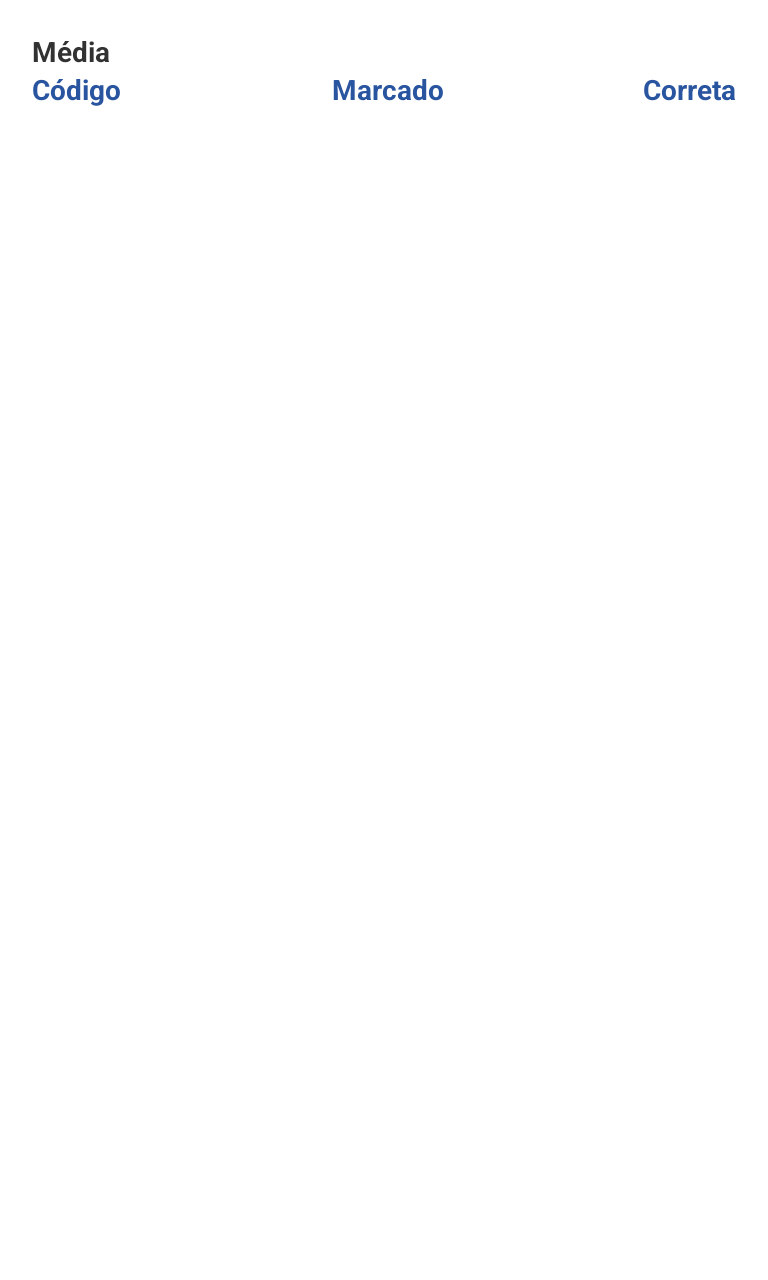
Repository: lmqs/ProjetoDisciplinaTopicos
Layout: TopicosProjetoAndroid/res/layout/activity_resultado_prova.xml
The author's editor kept a copy of each file at every save. The layout is drawn from the files as they stood at one save, then again after a run of saves.
It is drawn on a 768 x 1280 px phone screen (xhdpi) without system bars, with theme AppTheme; the app's code is not run. Lists and similar views that code fills are empty.

Above is the layout before, as saved 2014-05-04 03:33:51.

After the next 2 saves:
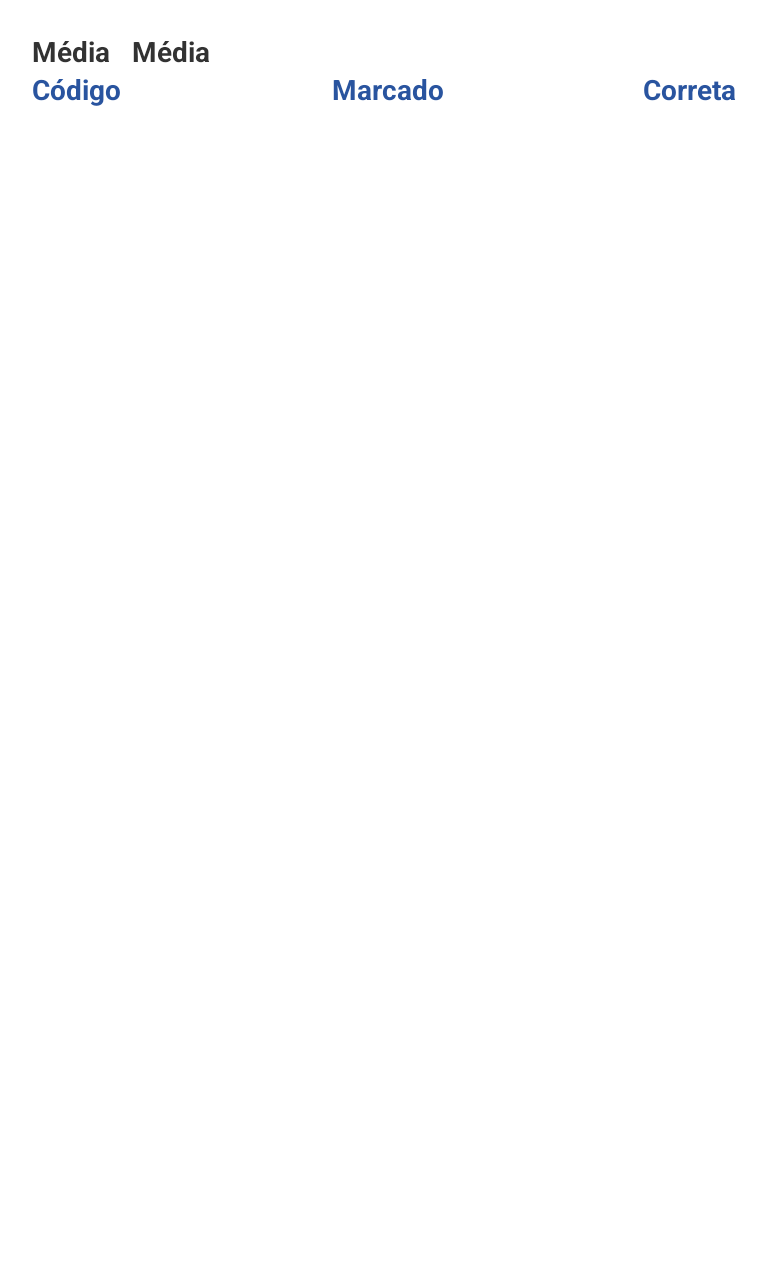
The 2 saves are shown as one change because they came seconds apart.
The last was saved 10 s later.
--- a/TopicosProjetoAndroid/res/layout/activity_resultado_prova.xml
+++ b/TopicosProjetoAndroid/res/layout/activity_resultado_prova.xml
@@ -17,6 +17,16 @@
 
             <TextView
                 android:id="@+id/lblMedia"
+                android:layout_width="50dp"
+                android:layout_height="match_parent"
+                android:drawablePadding="6dp"
+                android:gravity="left"
+                android:text="@string/lblMedia"
+                android:textSize="14sp"
+                android:textStyle="bold" />
+
+            <TextView
+                android:id="@+id/txtMedia"
                 android:layout_width="50dp"
                 android:layout_height="match_parent"
                 android:drawablePadding="6dp"

After the save that followed:
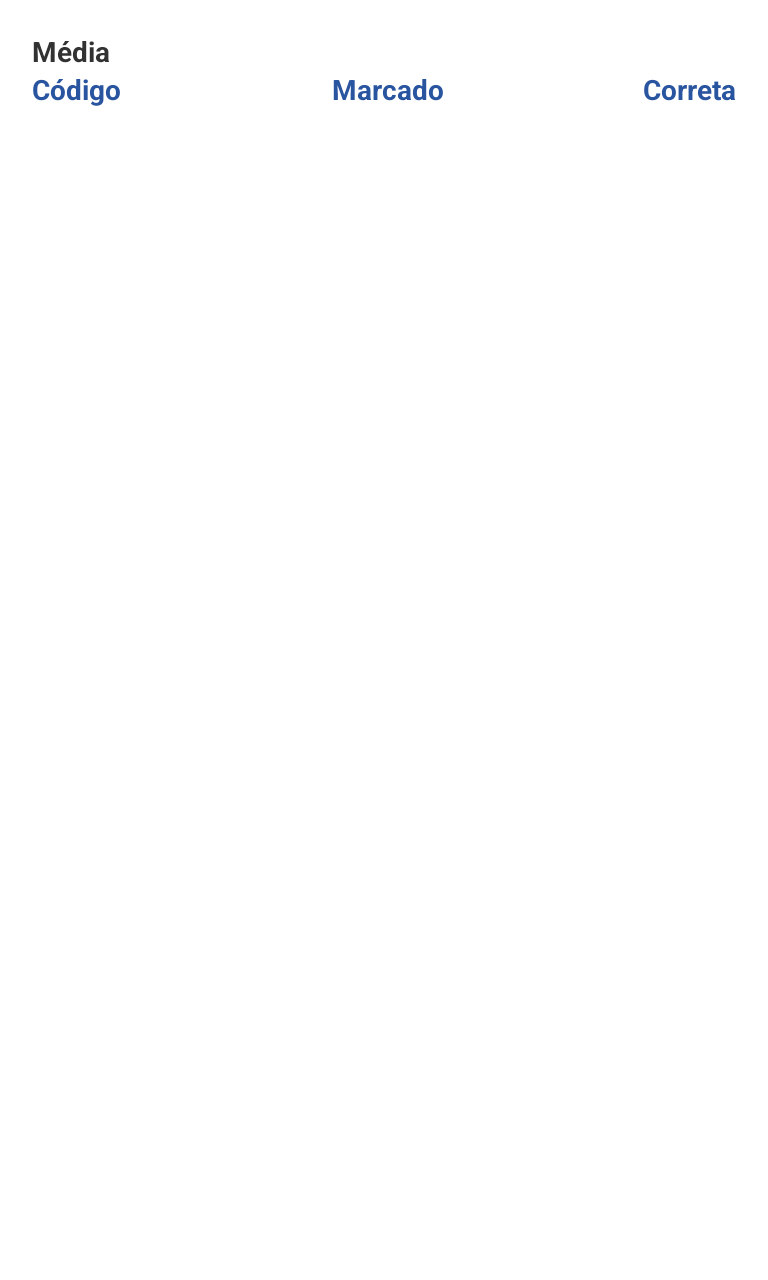
Saved 7 s later.
--- a/TopicosProjetoAndroid/res/layout/activity_resultado_prova.xml
+++ b/TopicosProjetoAndroid/res/layout/activity_resultado_prova.xml
@@ -31,7 +31,6 @@
                 android:layout_height="match_parent"
                 android:drawablePadding="6dp"
                 android:gravity="left"
-                android:text="@string/lblMedia"
                 android:textSize="14sp"
                 android:textStyle="bold" />
         </TableRow>
